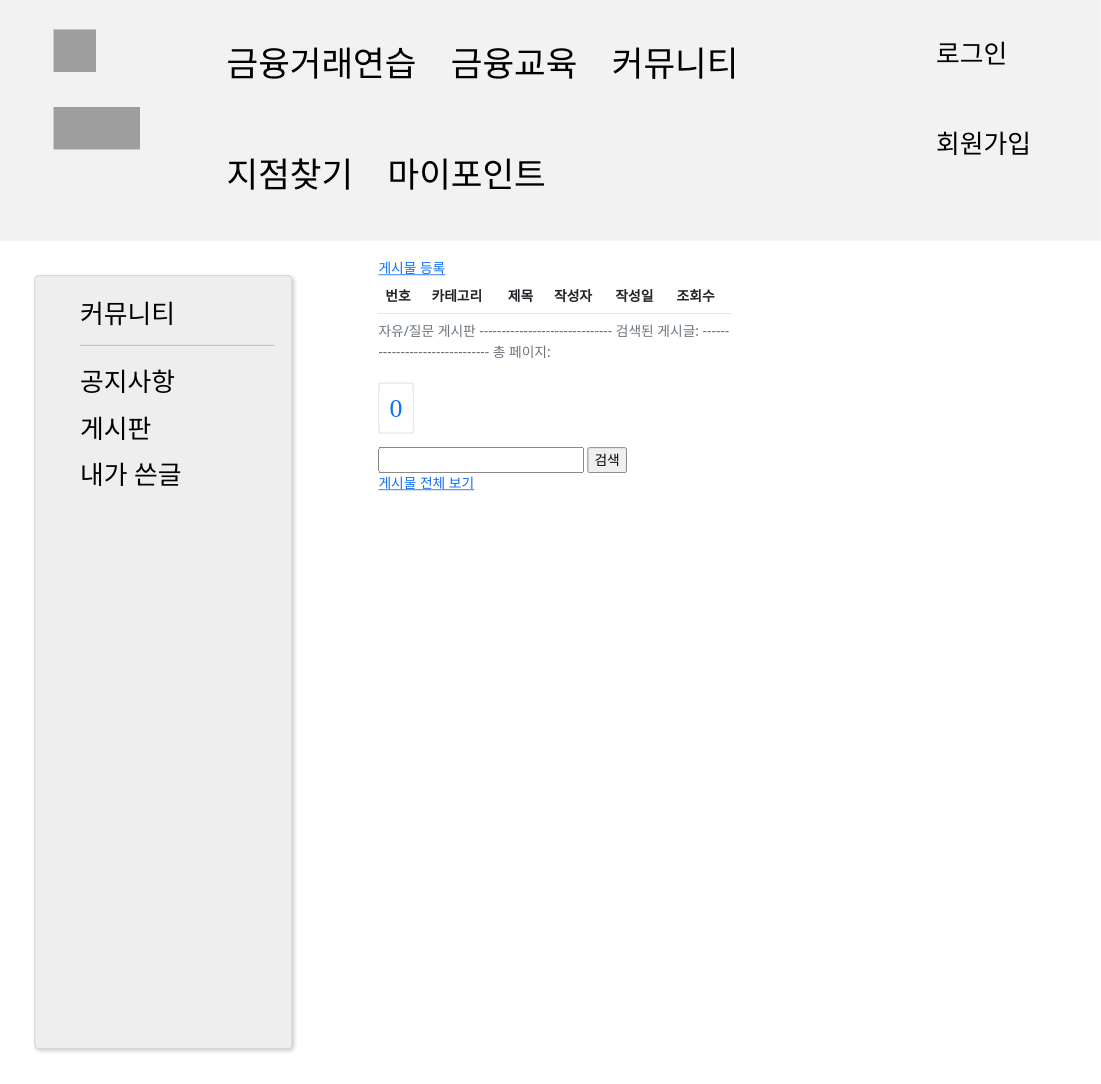
Repository: syc98syc/KB04_TeamProject
Page: http://localhost/jgig/WEB-INF/jsp/board/my_list.jsp
These files come from the project's save history. The page is drawn as it stood at one moment and after the next save; the edit follows.
The browser window is 1280 px wide. The pictures show the whole page, at 86% of full size.
Pictures or frames that could not be fetched are drawn as grey boxes. Some web fonts or font styles are not loaded; a fallback is used. The page is served by Tomcat 9. Nobody is signed in. Other server files are loaded and not shown. The template is opened directly, without the code that normally fills it, so the values that code supplies are empty.

Above is the page before, as saved 2023-09-11 01:27:13.

### jgig/src/main/webapp/WEB-INF/jsp/board/my_list.jsp
<%@ page language="java" contentType="text/html; charset=UTF-8"
    pageEncoding="UTF-8"%>
<%@ taglib uri="http://java.sun.com/jsp/jstl/core" prefix="c" %>
<!DOCTYPE html>
<html>
<head>
<link href="https://cdn.jsdelivr.net/npm/bootstrap@5.0.2/dist/css/bootstrap.min.css" rel="stylesheet" integrity="sha384-EVSTQN3/azprG1Anm3QDgpJLIm9Nao0Yz1ztcQTwFspd3yD65VohhpuuCOmLASjC" crossorigin="anonymous">
<meta charset="UTF-8">
<title>웹게시물 목록</title>
<style>
#content {
 	margin-left: 420px; /* 사이드바 너비 + 여백만큼 오른쪽으로 밀어줍니다. */
    flex-grow: 1; /* 남은 공간을 모두 차지하도록 설정 */
    background-color: #fff; /* 배경색 설정 */
    padding: 20px; /* 내부 여백 설정 */
}
</style>
</head>
<body>
<%@ include file="../include/top_navbar.jsp" %>
<%@ include file="../include/left_navbar.jsp" %>
<div id="content">
	<a href="/jgig/board_insert_form">게시물 등록</a> <br>
	<table class="table table-hover" style="width: 50%;">
	<caption>자유/질문 게시판 ------------------------------ 검색된 게시글: ${requestScope.total } ------------------------------- 총 페이지: ${criteria.totalPage}</caption>
		<tr>
		<th>번호</th>
		<th>카테고리</th>
		<th>제목</th>
		<th>작성자</th>
		<th>작성일</th>
		<th>조회수</th>
		<c:forEach items="${search_list}" var="brd">
		<tr>
			<td>${brd.brd_id }</td>
			<td>${brd.brd_category }</td>
			<td><a href="board_detail?no=${brd.brd_id}">${brd.title}</a></td>
			<td>${brd.mem_id }</td>
			<td>${brd.brd_date_created }</td>
			<td>${brd.brd_view }</td>
		</tr>
		</c:forEach>
	</table>
	<nav aria-label="Page navigation example">
  <ul class="pagination">
  <c:if test="${criteria.prev}">
    <li class="page-item"><a class="page-link" href="board_search_action?searchTag=${criteria.searchTag }&keyword=${criteria.keyword}&pageNum=${criteria.pageNum-1 }">이전</a></li>
  </c:if>
  <c:forEach begin="${criteria.beginPage}" end="${criteria.endPage}" var="idx">
 				 <li class="page-item"><a class="page-link" href="board_search_action?searchTag=${criteria.searchTag }&keyword=${criteria.keyword}&pageNum=${idx}"> ${idx} </a></li>
			</c:forEach>
    <c:if test="${criteria.next}">
    <li class="page-item"><a class="page-link" href="board_search_action?searchTag=${criteria.searchTag }&keyword=${criteria.keyword}&pageNum=${criteria.pageNum+1 }">다음</a></li>
	</c:if>
  </ul>
</nav>

  <form action="board_search_action" method="get">
		<fieldset>
			<input type="text" name="keyword">
			<input type="submit" value="검색">
		</fieldset>
	</form>
   <a href="board_list">게시물 전체 보기</a> <br>

</div>
</body>
</html>

### jgig/src/main/webapp/WEB-INF/jsp/include/top_navbar.jsp
<%@ page language="java" contentType="text/html; charset=UTF-8"
    pageEncoding="UTF-8"%>
<!DOCTYPE html>
<html>
<head>
<meta charset="UTF-8">
<title>Insert title here</title>
<style>
@import url('https://fonts.googleapis.com/css2?family=Nanum+Gothic+Coding:wght@700&display=swap');  /* 글꼴 */

/* 상단 메뉴 스타일 */
        #top-menu {
            background-color: #F2F2F2;
            color: #fff;
            padding: 10px;
            width: 100%;
             display: flex;
  justify-content: center;
        }


    #img1 {
		width: 7vmin;
		height: 7vmin;
	}


	#img2 {
		width: 14vmin;
		height: 7vmin;
	}

	#top-menu a {
    color: #000; /* 링크 글꼴 색상 설정 */
    text-decoration: none; /* 링크 밑줄 제거 */
}

	#top-menu ul{
		list-style: none;
	}
	#top-menu li{
		font-family: 'Nanum Gothic Coding', cursive;
		float: left;
		background: #F2F2F2;
		padding:5px 10px;
		font-size: 40px;
		margin: 10px;
	}

	#top-menu ul li a{
		line-height: 2.5;
	}

	#nav3 ul li{
		font-size:30px;
	}
</style>
</head>
<body>
	<div id = "top-menu">
		<nav id = "nav1">
				<ul>
					<li><img id="img1" src="../resources/img/KB.png"></li>
					<li><img id="img2" src="../resources/img/지금입금.png"></li>
				</ul>
		</nav id = "nav2">
		<nav>
				<ul>
					<li class="menu1"><a href="#">금융거래연습</a></li>
					<li class="menu2"><a href="#">금융교육</a></li>
					<li class="menu3"><a href="#">커뮤니티</a></li>
					<li class="menu4"><a href="#">지점찾기</a></li>
					<li class="menu5"><a href="#">마이포인트</a></li>
				</ul>
		</nav>
		<nav id = "nav3">
				<ul>
					<li class="menu6"><a href="#">로그인</a></li>
					<li class="menu7"><a href="#">회원가입</a></li>
				</ul>
		</nav>
	</div>

</body>
</html>

### jgig/src/main/webapp/WEB-INF/jsp/include/left_navbar.jsp
<%@ page language="java" contentType="text/html; charset=UTF-8"
    pageEncoding="UTF-8"%>
<!DOCTYPE html>
<html>
<head>
<meta charset="UTF-8">
<title>Insert title here</title>
<style>

@import url('https://fonts.googleapis.com/css2?family=Nanum+Gothic+Coding:wght@700&display=swap');  /* 글꼴 */
/* 좌측 사이드바 스타일 */
#sidebar {
    width: 300px; /* 박스 컨테이너의 너비 설정 */
    height: 900px; /* 박스 컨테이너의 높이 설정 */
    background-color: #eee; /* 배경색 설정 */
    color: #000; /* 글꼴 색상 설정 */
    padding: 20px; /* 내부 여백 설정 */
    border: 1px solid #ccc; /* 박스 컨테이너의 테두리 설정 */
    border-radius: 5px; /* 박스 컨테이너의 모서리를 둥글게 설정 */
    box-shadow: 2px 2px 5px rgba(0, 0, 0, 0.2); /* 그림자 효과 추가 */
    line-height: normal;
    display: inline-block;
    vertical-align: middle;
    margin: 40px;
    float: left; /*왼쪽에 떠있게*/
}

/* 좌측 사이드바 링크 스타일 */
#sidebar a {
    color: #000; /* 링크 글꼴 색상 설정 */
    text-decoration: none; /* 링크 밑줄 제거 */
}

/* 좌측 사이드바 링크 호버 스타일 */
#sidebar a:hover {
    text-decoration: underline; /* 호버 상태에서 밑줄 추가 */
}

/* 좌측 사이드바 제목 스타일 */
#sidebar
	ul{
		list-style: none;
	}
	li{
		font-family: 'Nanum Gothic Coding', cursive;
		display: block; /* 각 <li> 요소를 한 줄에 하나씩 표시 */
		background: #eee;
		font-size: 30px;
	}

	#sidebar ul li a{
		line-height: 1.8;
	}

</style>
</head>
<body>
	<div id = "sidebar">
		<nav>
				<ul>
					<li>커뮤니티</li> <hr>
					<li class="menu1"><a href="#">공지사항</a></li>
					<li class="menu2"><a href="#">게시판</a></li>
					<li class="menu3"><a href="#">내가 쓴글</a></li>
				</ul>
		</nav>
	</div>

</body>
</html>

After the next save:
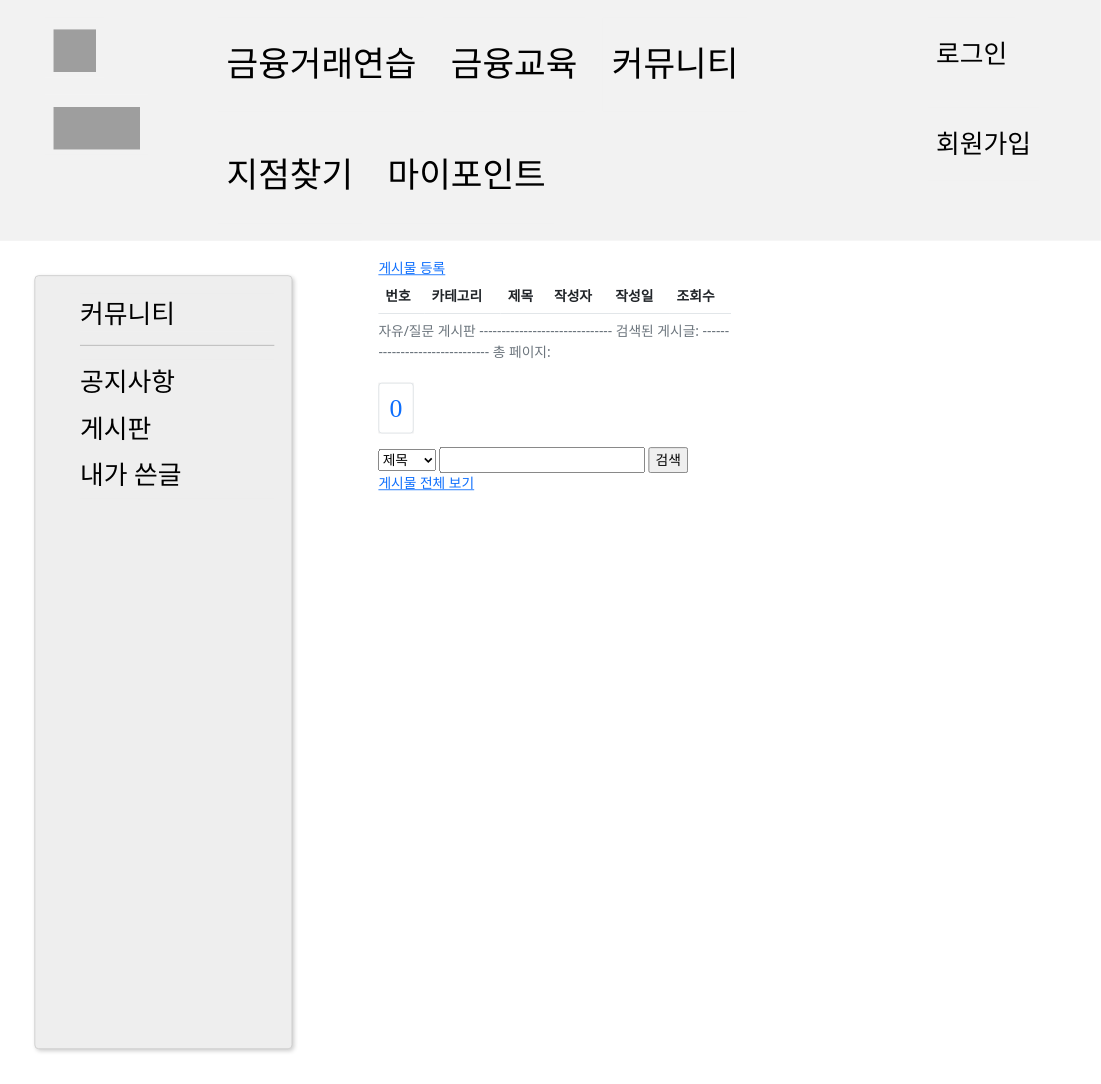
Saved 3 min 8 s later.
--- a/jgig/src/main/webapp/WEB-INF/jsp/board/my_list.jsp
+++ b/jgig/src/main/webapp/WEB-INF/jsp/board/my_list.jsp
@@ -57,6 +57,10 @@
 
   <form action="board_search_action" method="get">
 		<fieldset>
+			<select name = "searchTag">
+			    <option value="제목" selected="selected">제목</option>
+			    <option value="작성자">작성자</option>
+			</select>
 			<input type="text" name="keyword">
 			<input type="submit" value="검색">
 		</fieldset>
